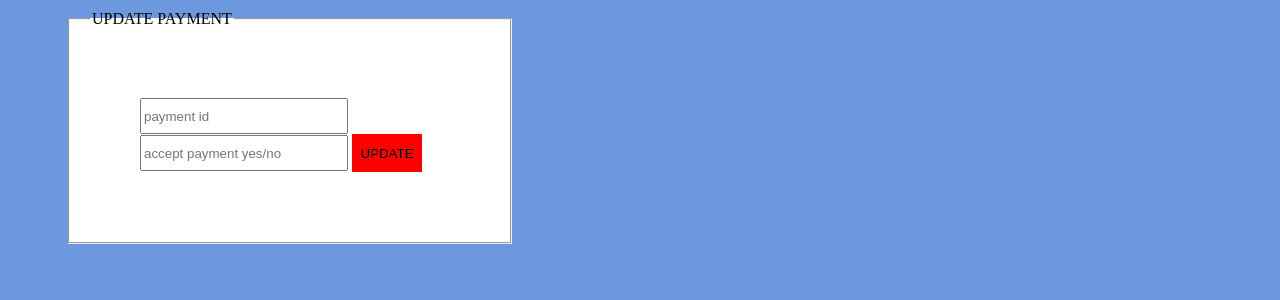
Repository: Nihara-R/Vehicle-Insurance-Portal
Page: http://localhost/paymentupdate.php
The author's editor kept a copy of each file at every save. The page is drawn from the files as they stood at one save, then again after the next save.
The browser window is 1280 px wide. The pictures show the whole page.
The page is run by PHP 8.4 with error messages shown; the project is at /var/www/html/.

Above is the page before, as saved 2023-06-29 09:08:37.

### paymentupdate.php
<!DOCTYPE html>
<html lang="en" dir="ltr">
  <head>
    <meta charset="utf-8">
    <title></title>
    <link rel="stylesheet" href="css/deletuser.css">
  </head>
  <body>
    <fieldset>
<legend>UPDATE PAYMENT</legend>

    <form class="" action="include/update_payment.inc.php" method="post">

      <input type="text" name="id" value="" placeholder="payment id" class="textbox">
      <input type="text" name="accept" value="" placeholder="accept payment yes/no" class="textbox">

      <input type="submit" name="submit" value="UPDATE" class="button">

</fieldset>
    </form>

  </body>
</html>

### css/deletuser.css
body{
  background: #6C99DE;
}
form{
margin: 50px;
}
.deletebox{
  margin: 200px;
  margin-left: 470px;
  padding: 50px;
  height: 230px;
  border: 3px solid black;
  background-color: white;
  box-shadow: 0 10px 10px rgba(0,0, 0, 0.60);
  width: 30%;
}
fieldset{
  width: 400px;
  padding: 20px;
  align-items: center;
  justify-content: center;
  margin-left: 60px;
  margin-top: 10px;

  background: white;
}
.button{
  background: red;
  height: 38px;
  width: 70px;
  border: none;
}
.textbox{
  height: 30px;
  width: 200px;

}

After the next save:
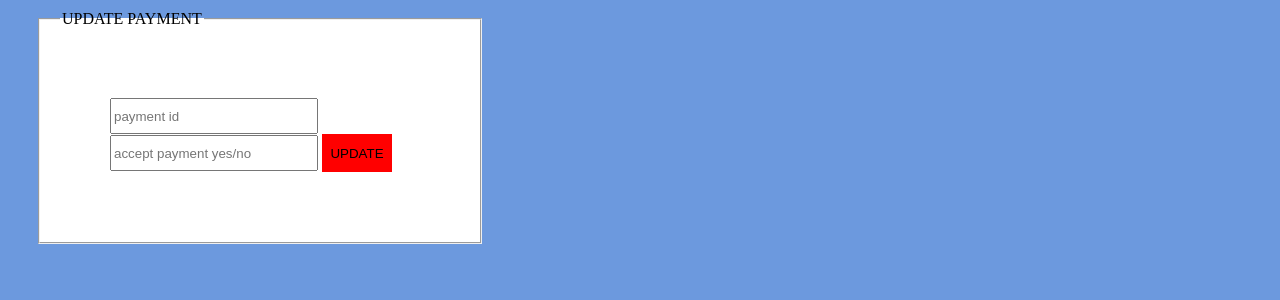
Saved 11 s later.
--- a/css/deletuser.css
+++ b/css/deletuser.css
@@ -19,7 +19,7 @@ fieldset{
   padding: 20px;
   align-items: center;
   justify-content: center;
-  margin-left: 60px;
+  margin-left: 30px;
   margin-top: 10px;
 
   background: white;
